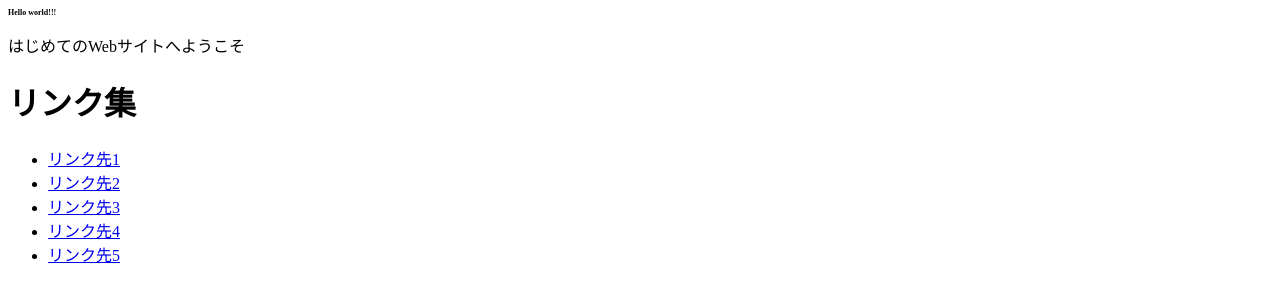
Repository: kai-hosoi/techboost
Page: html/index.html
The author's editor kept a record of every edit. The page is drawn from the files as they stood at one moment, then again after the next edit.
The browser window is 1280 px wide. The pictures show the whole page.

Above is the page before.

### html/index.html
<!DOCTYPE HTML>
<html>
<head>
  <meta charset="UTF-8" />
  <title>いろいろなHTMLタグに触れる-課題3</title>
  <link rel="stylesheet" href="style.css">
</head>
  <body>
    <h1 class="mini">Hello world!!!</h1>
    <p>はじめてのWebサイトへようこそ</p>
    <h1>リンク集</h1>
    <div>
      <ul>
        <li><a href=#>リンク先1</a></li>
        <li><a href=#>リンク先2</a></li>
        <li><a href=#>リンク先3</a></li>
        <li><a href=#>リンク先4</a></li>
        <li><a href=#>リンク先5</a></li>
      </ul>
    </div>
  </body>
</html>

### html/style.css
.mini{
  font-size:50%;
}
.list{
  float:left;
  width:200px;
}

After the next edit:
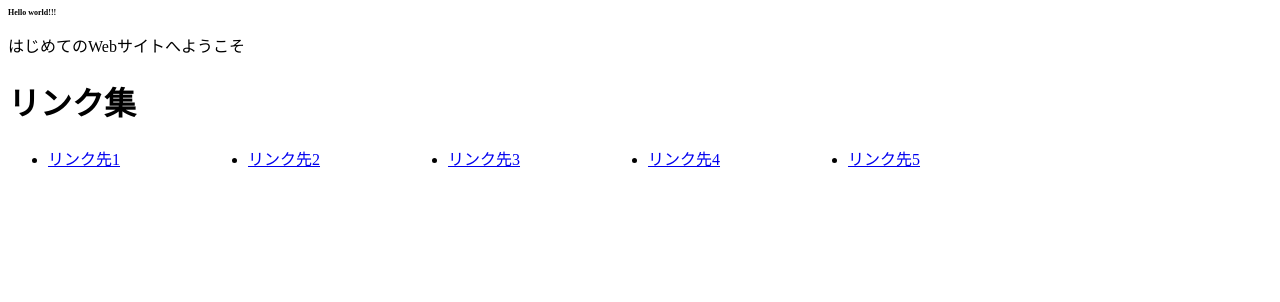
The edit:
--- a/html/index.html
+++ b/html/index.html
@@ -11,11 +11,11 @@
     <h1>リンク集</h1>
     <div>
       <ul>
-        <li><a href=#>リンク先1</a></li>
-        <li><a href=#>リンク先2</a></li>
-        <li><a href=#>リンク先3</a></li>
-        <li><a href=#>リンク先4</a></li>
-        <li><a href=#>リンク先5</a></li>
+        <li class="list"><a href=#>リンク先1</a></li>
+        <li class="list"><a href=#>リンク先2</a></li>
+        <li class="list"><a href=#>リンク先3</a></li>
+        <li class="list"><a href=#>リンク先4</a></li>
+        <li class="list"><a href=#>リンク先5</a></li>
       </ul>
     </div>
   </body>
